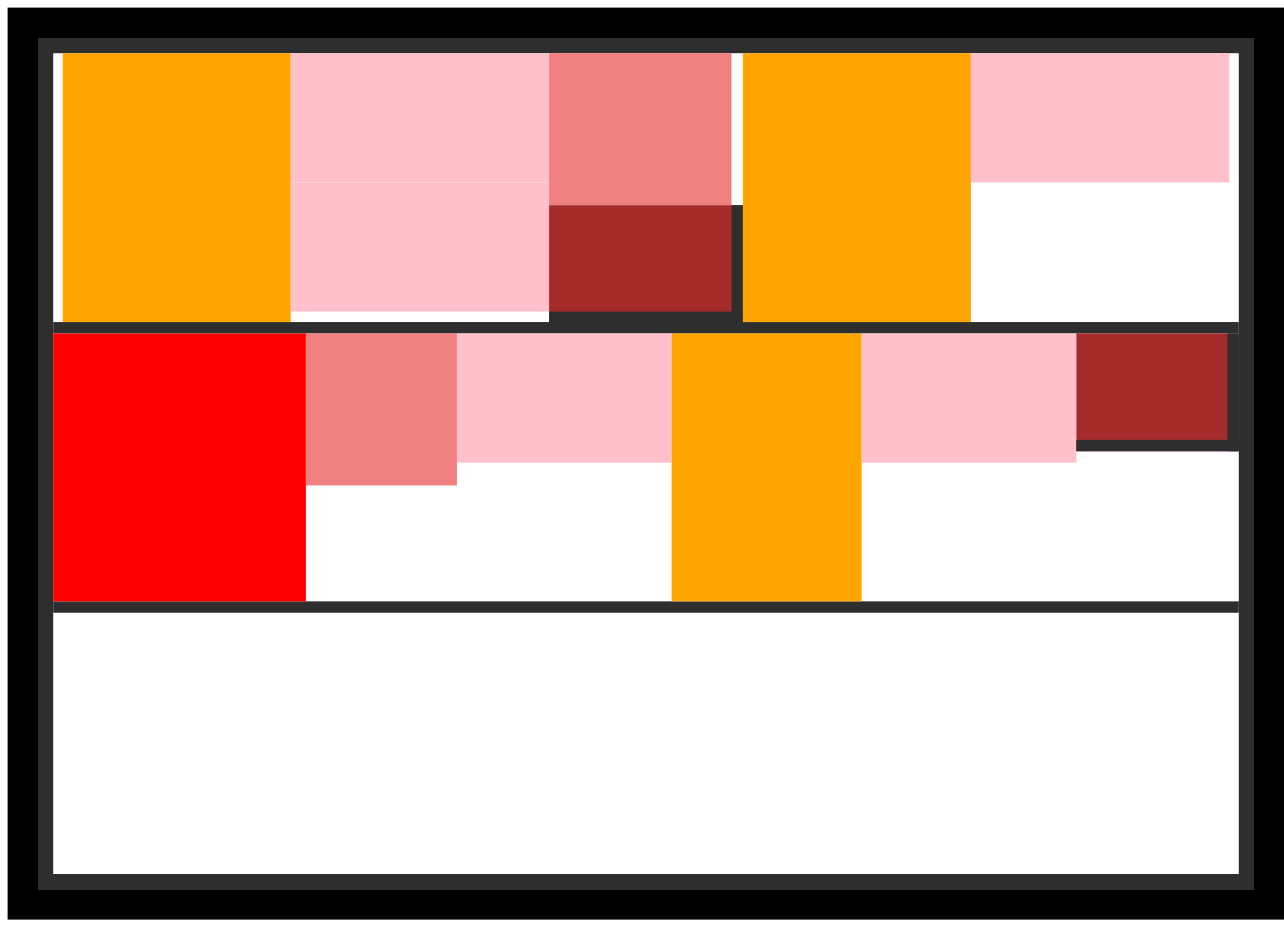
Repository: Tsardines/mondrian
Page: index.html
An editor plug-in stored every save of this project. The page is shown before and after the next save, followed by the edit.
The browser window is 1280 px wide. The page is 1352 px wide, so the pictures cover 1352 px, including what lies to the right of the window. The pictures show the whole page, at 95% of full size.
Some web fonts or font styles are not loaded; a fallback is used.

Above is the page before, as saved 2019-10-20 16:57:45.

After the next save:
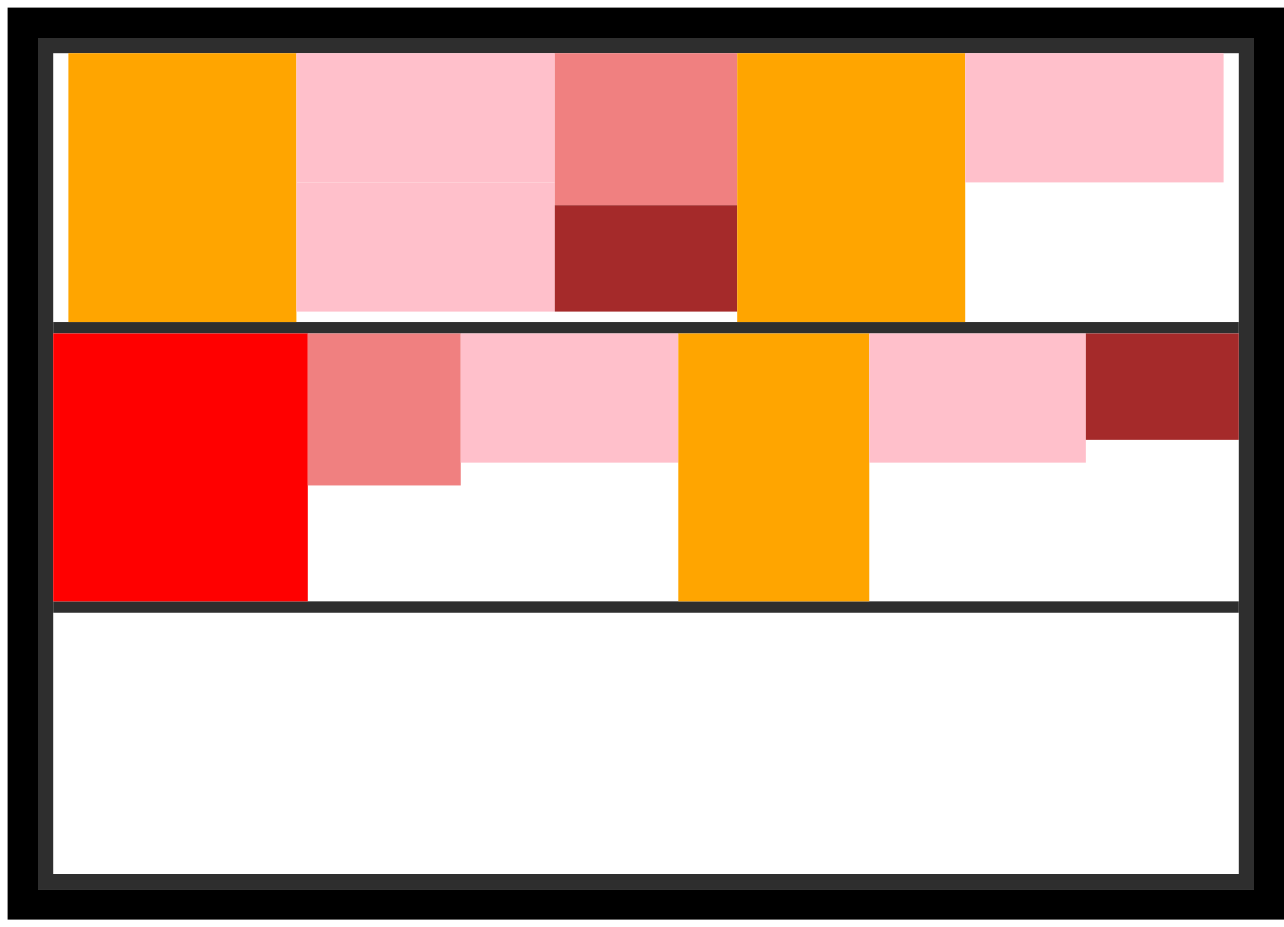
Saved 5 s later.
--- a/styles.css
+++ b/styles.css
@@ -67,8 +67,8 @@
 
 .sq--sm {
     background-color: brown;
-    border-bottom: 0.75rem solid rgb(46, 46, 46);
-    border-right: 0.75rem solid rgb(46, 46, 46);
+    /* border-bottom: 0.75rem solid rgb(46, 46, 46);
+    border-right: 0.75rem solid rgb(46, 46, 46); */
     height: 7rem;
     width: 12rem;
 }
